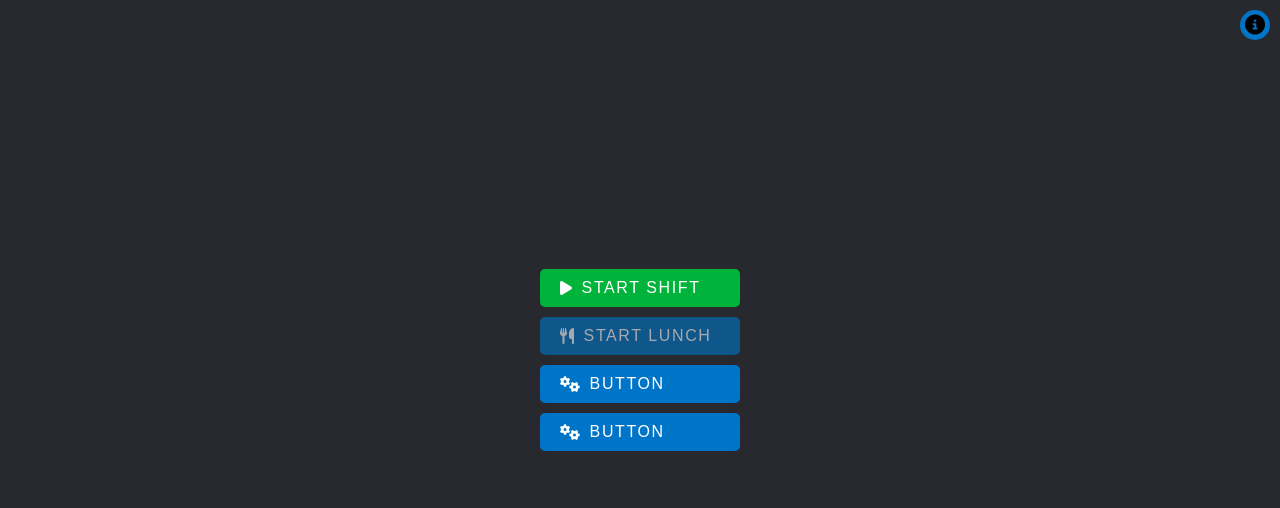
Repository: Philip-Rogers/button-state
Page: experiment.html
These files come from the project's save history. The page is drawn as it stood at one moment and after the next save; the edit follows.
The browser window is 1280 px wide. The pictures show the whole page.

Above is the page before, as saved 2024-08-14 21:00:27.

### experiment.html
<!DOCTYPE html>
<html lang="en">

<head>
    <meta charset="UTF-8">
    <meta name="viewport" content="width=device-width, initial-scale=1.0">
    <title>Shift and Lunch Toggle Buttons</title>
    <link rel="stylesheet" href="index.css">
    <link rel="stylesheet" href="https://cdnjs.cloudflare.com/ajax/libs/font-awesome/6.5.1/css/all.min.css"
        integrity="sha512-DTOQO9RWCH3ppGqcWaEA1BIZOC6xxalwEsw9c2QQeAIftl+Vegovlnee1c9QX4TctnWMn13TZye+giMm8e2LwA=="
        crossorigin="anonymous" referrerpolicy="no-referrer" />
    <style>
        /* Modal styles */
        .modal {
            display: none;
            position: fixed;
            z-index: 1;
            left: 50%;
            top: 50%;
            transform: translate(-50%, -50%);
            width: 60%;
            aspect-ratio: 16 / 9;
            background-color: hsl(205, 100%, 39%);
            /* Background color for the modal */
            backdrop-filter: blur(10px);
            /* Blur the background behind the modal */
            border-radius: 20px;
            padding: 3em;
            /* Padding to create space around the modal content */
            box-shadow: 0 4px 6px rgba(0, 0, 0, 0.2);
            /* Soft shadow for depth */
            box-sizing: border-box;
        }

        .modal-content {
            background-color: hsl(225, 9%, 17%);
            /* Background color for the modal content */
            color: hsl(354, 70%, 100%);
            margin: auto;
            padding: 3em;
            border-radius: 15px;
            width: 100%;
            height: 100%;
            box-sizing: border-box;
            border: 1px solid rgba(255, 255, 255, 0.2);
            /* Light border for separation */
            /* box-shadow: 0 2px 4px rgba(0, 0, 0, 0.1); */
            /* Subtle shadow for depth */
        }

        /* Adjusting the content within the modal-content */
        .modal-content>* {
            max-width: 90%;
            /* Ensure content doesn't overflow */
            margin: 0 auto;
        }

        .close {
            color: hsl(354, 70%, 100%);
            float: right;
            font-size: 28px;
            font-weight: bold;
            cursor: pointer;
        }

        /* Info icon styling */
        #infoIcon {
            font-size: 20px;
            cursor: pointer;
            background-color: hsl(205, 100%, 39%);
            padding: 5px;
            border-radius: 50%;
        }
    </style>
</head>

<body>

    <!-- Info Icon to trigger modal -->
    <div style="position: fixed; top: 10px; right: 10px;">
        <i class="fa fa-info-circle" id="infoIcon"></i>
    </div>

    <!-- Modal -->
    <div id="infoModal" class="modal">

        <div class="modal-content">
            <span class="close">&times;</span>
            <h2>Button Information</h2>
            <p><strong>Start Shift:</strong> Lorem ipsum dolor sit amet, consectetur adipiscing elit. Sed do eiusmod
                tempor incididunt ut labore et dolore magna aliqua.</p>
            <p><strong>Start Lunch:</strong> Lorem ipsum dolor sit amet, consectetur adipiscing elit. Sed do eiusmod
                tempor incididunt ut labore et dolore magna aliqua.</p>
            <p><strong>Button 1:</strong> Lorem ipsum dolor sit amet, consectetur adipiscing elit. Sed do eiusmod
                tempor
                incididunt ut labore et dolore magna aliqua.</p>
            <p><strong>Button 2:</strong> Lorem ipsum dolor sit amet, consectetur adipiscing elit. Sed do eiusmod
                tempor
                incididunt ut labore et dolore magna aliqua.</p>
        </div>

    </div>

    <!-- Container to hold all buttons -->
    <div class="button-container">
        <!-- Shift Button -->
        <button id="shiftButton" class="toggle-button" onclick="toggleShift()">
            <i class="fa fa-play"></i> Start Shift
        </button>

        <!-- Lunch Button -->
        <button id="lunchButton" class="toggle-button" onclick="toggleLunch()" disabled>
            <i class="fa fa-utensils"></i> Start Lunch
        </button>

        <!-- Placeholder Button 1 -->
        <button id="placeholderButton1" class="toggle-button">
            <i class="fa fa-cogs"></i> Button
        </button>

        <!-- Placeholder Button 2 -->
        <button id="placeholderButton2" class="toggle-button">
            <i class="fa fa-cogs"></i> Button
        </button>
    </div>

    <script>
        // Modal script
        var modal = document.getElementById("infoModal");
        var btn = document.getElementById("infoIcon");
        var span = document.getElementsByClassName("close")[0];

        // When the user clicks on the icon, open the modal
        btn.onclick = function () {
            modal.style.display = "block";
        }

        // When the user clicks on <span> (x), close the modal
        span.onclick = function () {
            modal.style.display = "none";
        }

        // When the user clicks anywhere outside of the modal, close it
        window.onclick = function (event) {
            if (event.target == modal) {
                modal.style.display = "none";
            }
        }

        let shiftState = 'start'; // Tracks the state of the Shift button
        let lunchState = 'start'; // Tracks the state of the Lunch button

        // Function to toggle the Shift button text and color
        function toggleShift() {
            const shiftButton = document.getElementById('shiftButton');
            const lunchButton = document.getElementById('lunchButton');

            if (shiftState === 'start') {
                shiftButton.innerHTML = '<i class="fa fa-stop"></i> Stop Shift';
                shiftButton.style.backgroundColor = 'hsl(354, 70%, 54%)'; // Red for Stop Shift
                shiftState = 'stop';
                lunchButton.disabled = false; // Enable the Lunch button when Shift is started
                lunchButton.style.backgroundColor = 'hsl(140, 100%, 35%)'; // Change background color to green
            } else {
                // Revert all buttons to their default state
                shiftButton.innerHTML = '<i class="fa fa-play"></i> Start Shift';
                shiftButton.style.backgroundColor = 'hsl(140, 100%, 35%)'; // Green for Start Shift
                shiftState = 'start';
                lunchButton.disabled = true; // Disable the Lunch button when Shift is stopped
                lunchButton.innerHTML = '<i class="fa fa-utensils"></i> Start Lunch'; // Reset Lunch button text
                lunchButton.style.backgroundColor = 'hsl(205, 100%, 39%)'; // Reset Lunch button color
                lunchState = 'start'; // Reset Lunch button state
            }
        }

        // Function to toggle the Lunch button text and color
        function toggleLunch() {
            const shiftButton = document.getElementById('shiftButton');
            const lunchButton = document.getElementById('lunchButton');

            if (lunchState === 'start') {
                lunchButton.innerHTML = '<i class="fa fa-stop"></i> Stop Lunch';
                lunchButton.style.backgroundColor = 'hsl(354, 70%, 54%)'; // Red for Stop Lunch

                if (shiftState === 'stop') {
                    shiftButton.style.backgroundColor =
                        'hsl(354, 70%, 44%)'; // Darkened red for Stop Shift when disabled
                    shiftButton.disabled = true; // Disable the Stop Shift button
                }

                lunchState = 'stop';
            } else {
                lunchButton.innerHTML = '<i class="fa fa-utensils"></i> Start Lunch';
                lunchButton.style.backgroundColor = 'hsl(205, 100%, 39%)'; // Blue background for Stop Lunch
                lunchButton.disabled = true; // Disable the Stop Lunch button

                if (shiftState === 'stop') {
                    shiftButton.style.backgroundColor = 'hsl(354, 70%, 54%)'; // Restore the red color for Stop Shift
                    shiftButton.disabled = false; // Re-enable the Stop Shift button
                }

                lunchState = 'start';
            }
        }
    </script>

</body>

</html>

### index.css
@font-face {
    font-family: "Waltograph";
    src: url(../fonts/waltograph42.otf) format("opentype");
}

@font-face {
    font-family: "Charlemagne";
    src: url(../fonts/CharlemagneStd-Bold.otf) format("opentype");
}

@font-face {
    font-family: "Brandon Grotesque";
    src: url(../fonts/brandon-grotesque-light-58a8a4b38001d.otf) format("opentype");
}



body {
    font-family: "Brandon Grotesque";
    background-color: hsl(225, 9%, 17%);
    margin: auto;
    display: flex;
    justify-content: center;
    align-items: center;
    height: 100vh;
    margin: 0;
}

button {
    font-size: 1.25em;
    display: block;
    border-radius: 5px;
    /* background-color: hsl(205, 100%, 39%); */
    background-color: hsl(140, 100%, 35%);
    /* Green for Start Shift */
    color: hsl(354, 70%, 100%);
    padding: 1em 1.25em;
    width: 300px;
    cursor: pointer;
    border: none;
    text-transform: uppercase;
    letter-spacing: 0.1em;
    transition: all .2s ease-in-out;
    /* -webkit-box-reflect: below 10px linear-gradient(transparent, transparent, #0004); */
}


#shiftButton i {
    margin-right: 8px;
}

#shiftButton.stopShift {
    background-color: hsl(354, 70%, 54%);
    /* Red for Stop Shift */
}






/* Container for the buttons to ensure they stack vertically */
.button-container {
    display: flex;
    flex-direction: column;
    align-items: flex-start;
    /* Align buttons to the start of the container */
    gap: 10px;
    /* Space between the buttons */
}

/* Style for the toggle buttons */
.toggle-button {
    color: hsl(354, 70%, 100%);
    background-color: hsl(140, 100%, 35%);
    /* Default green for Start Shift */
    border: none;
    padding: 10px 20px;
    font-size: 16px;
    cursor: pointer;
    display: flex;
    align-items: center;
    width: 200px;
    /* Fixed width for consistency */
}

#lunchButton,
#placeholderButton1,
#placeholderButton2 {
    background-color: hsl(205, 100%, 39%);
    /* Default blue color for Start Lunch and Placeholder buttons */
}

.toggle-button i {
    margin-right: 8px;
}

.toggle-button:disabled {
    cursor: not-allowed;
    opacity: 0.6;
}

After the next save:
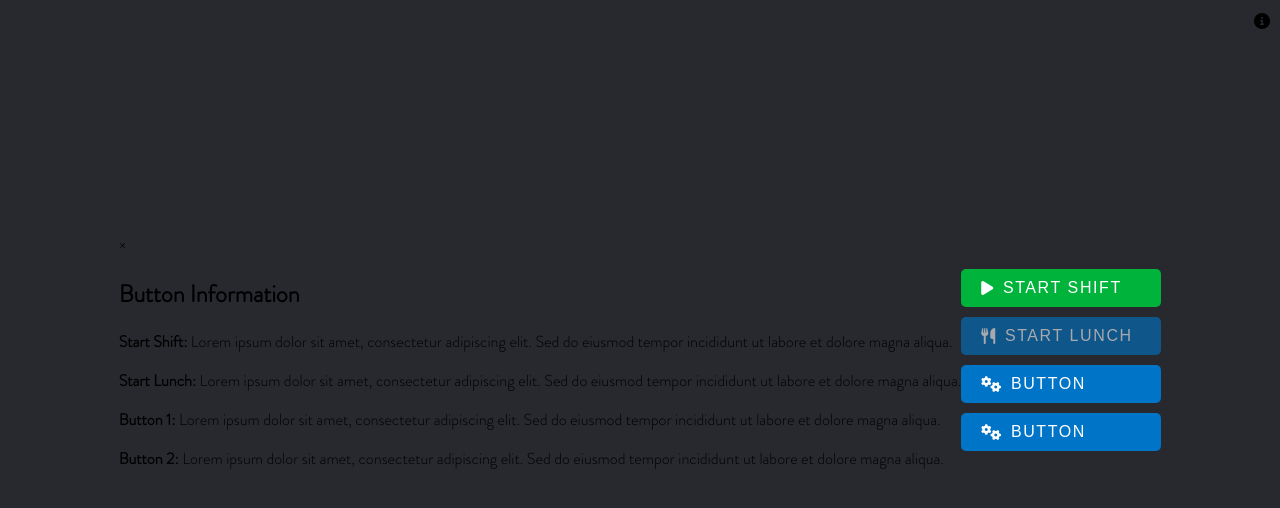
Saved 15 min 40 s later.
--- a/experiment.html
+++ b/experiment.html
@@ -10,67 +10,7 @@
         integrity="sha512-DTOQO9RWCH3ppGqcWaEA1BIZOC6xxalwEsw9c2QQeAIftl+Vegovlnee1c9QX4TctnWMn13TZye+giMm8e2LwA=="
         crossorigin="anonymous" referrerpolicy="no-referrer" />
     <style>
-        /* Modal styles */
-        .modal {
-            display: none;
-            position: fixed;
-            z-index: 1;
-            left: 50%;
-            top: 50%;
-            transform: translate(-50%, -50%);
-            width: 60%;
-            aspect-ratio: 16 / 9;
-            background-color: hsl(205, 100%, 39%);
-            /* Background color for the modal */
-            backdrop-filter: blur(10px);
-            /* Blur the background behind the modal */
-            border-radius: 20px;
-            padding: 3em;
-            /* Padding to create space around the modal content */
-            box-shadow: 0 4px 6px rgba(0, 0, 0, 0.2);
-            /* Soft shadow for depth */
-            box-sizing: border-box;
-        }
 
-        .modal-content {
-            background-color: hsl(225, 9%, 17%);
-            /* Background color for the modal content */
-            color: hsl(354, 70%, 100%);
-            margin: auto;
-            padding: 3em;
-            border-radius: 15px;
-            width: 100%;
-            height: 100%;
-            box-sizing: border-box;
-            border: 1px solid rgba(255, 255, 255, 0.2);
-            /* Light border for separation */
-            /* box-shadow: 0 2px 4px rgba(0, 0, 0, 0.1); */
-            /* Subtle shadow for depth */
-        }
-
-        /* Adjusting the content within the modal-content */
-        .modal-content>* {
-            max-width: 90%;
-            /* Ensure content doesn't overflow */
-            margin: 0 auto;
-        }
-
-        .close {
-            color: hsl(354, 70%, 100%);
-            float: right;
-            font-size: 28px;
-            font-weight: bold;
-            cursor: pointer;
-        }
-
-        /* Info icon styling */
-        #infoIcon {
-            font-size: 20px;
-            cursor: pointer;
-            background-color: hsl(205, 100%, 39%);
-            padding: 5px;
-            border-radius: 50%;
-        }
     </style>
 </head>
 

After the 3 saves that followed:
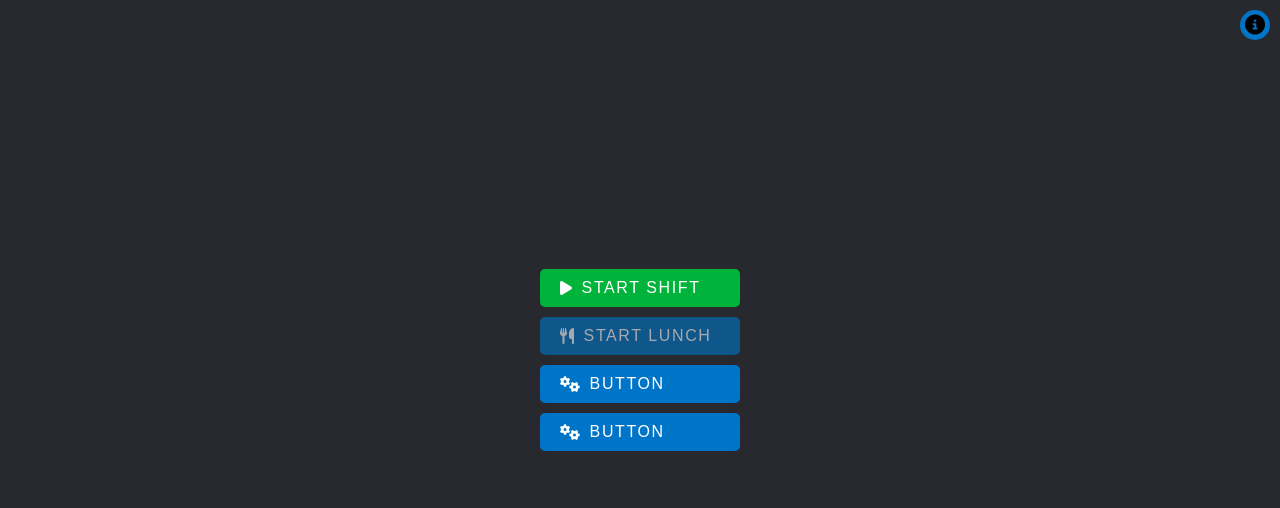
The 3 saves are shown as one change because they came seconds apart.
The last was saved 15 s later.
--- a/index.css
+++ b/index.css
@@ -99,3 +99,65 @@ button {
     cursor: not-allowed;
     opacity: 0.6;
 }
+
+/* Modal styles */
+.modal {
+    display: none;
+    position: fixed;
+    z-index: 1;
+    left: 50%;
+    top: 50%;
+    transform: translate(-50%, -50%);
+    width: 60%;
+    aspect-ratio: 16 / 9;
+    background-color: hsl(205, 100%, 39%);
+    /* Background color for the modal */
+    backdrop-filter: blur(10px);
+    /* Blur the background behind the modal */
+    border-radius: 20px;
+    padding: 3em;
+    /* Padding to create space around the modal content */
+    box-shadow: 0 4px 6px rgba(0, 0, 0, 0.2);
+    /* Soft shadow for depth */
+    box-sizing: border-box;
+}
+
+.modal-content {
+    background-color: hsl(225, 9%, 17%);
+    /* Background color for the modal content */
+    color: hsl(354, 70%, 100%);
+    margin: auto;
+    padding: 3em;
+    border-radius: 15px;
+    width: 100%;
+    height: 100%;
+    box-sizing: border-box;
+    border: 1px solid rgba(255, 255, 255, 0.2);
+    /* Light border for separation */
+    /* box-shadow: 0 2px 4px rgba(0, 0, 0, 0.1); */
+    /* Subtle shadow for depth */
+}
+
+/* Adjusting the content within the modal-content */
+.modal-content>* {
+    max-width: 90%;
+    /* Ensure content doesn't overflow */
+    margin: 0 auto;
+}
+
+.close {
+    color: hsl(354, 70%, 100%);
+    float: right;
+    font-size: 28px;
+    font-weight: bold;
+    cursor: pointer;
+}
+
+/* Info icon styling */
+#infoIcon {
+    font-size: 20px;
+    cursor: pointer;
+    background-color: hsl(205, 100%, 39%);
+    padding: 5px;
+    border-radius: 50%;
+}
